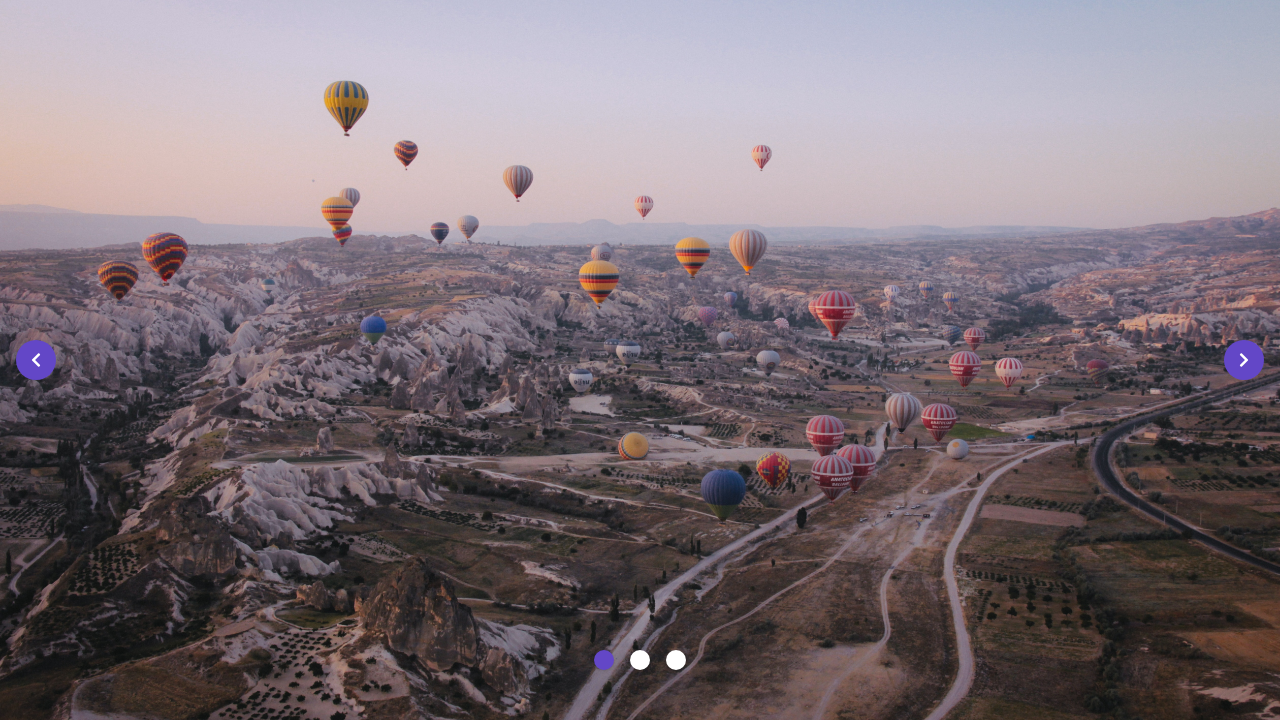
Repository: tomas938/vue-3-carousel-main
Page: /
The author's editor kept a copy of each file at every save. The page is drawn from the files as they stood at one save, then again after the next save.
The browser window is 1280 px wide. The pictures show the whole page.
The project was rebuilt for these pictures with package versions that can differ from the ones it lists, and the page was loaded fresh each time.

Above is the page before, as saved 2021-07-28 11:05:23.

After the next save:
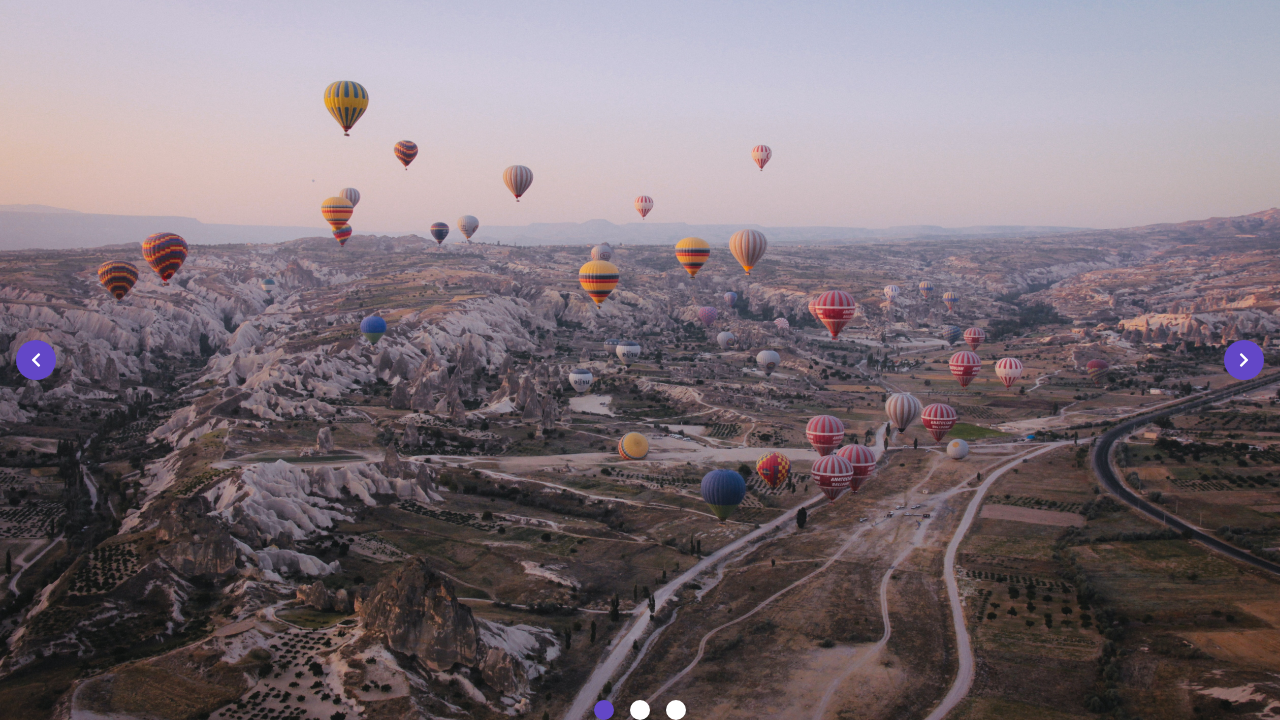
Saved 74 min 42 s later.
--- a/src/components/Carousel.vue
+++ b/src/components/Carousel.vue
@@ -120,7 +120,7 @@
 
 .pagination {
 	position: absolute;
-	bottom: 50px;
+	bottom: 0px;
 	width: 100%;
 	display: flex;
 	gap: 16px;

After the save that followed:
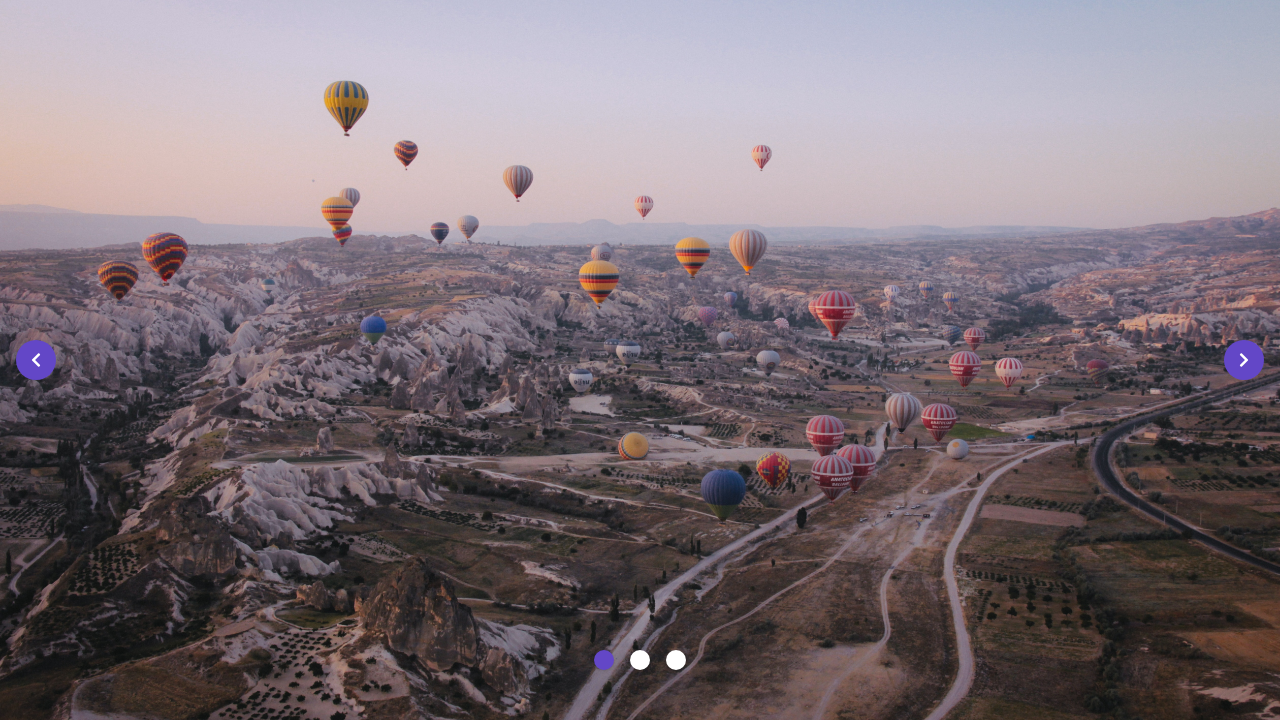
Saved 5 s later.
--- a/src/components/Carousel.vue
+++ b/src/components/Carousel.vue
@@ -120,7 +120,7 @@
 
 .pagination {
 	position: absolute;
-	bottom: 0px;
+	bottom: 50px;
 	width: 100%;
 	display: flex;
 	gap: 16px;
